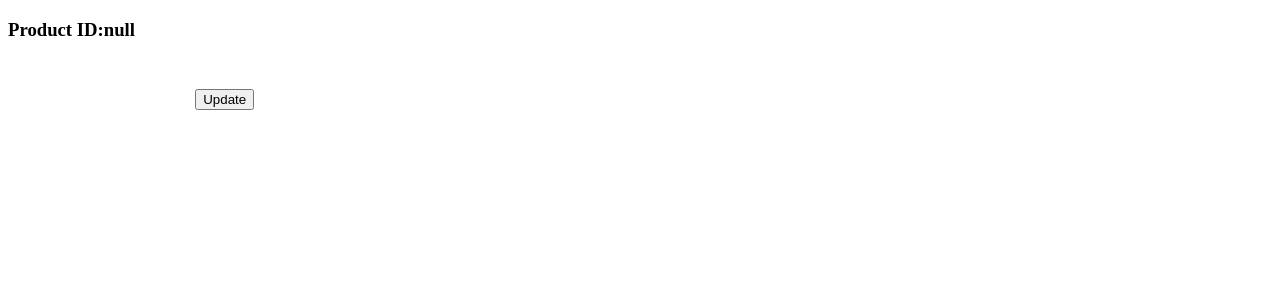
Repository: NidhiDaniel/E-Cart
Page: http://localhost/Online-Shopping-Cart/admin/edit-product.jsp
An editor plug-in stored every save of this project. The page is shown before and after the next save, followed by the edit.
The browser window is 1280 px wide. The pictures show the whole page.
The page is served by Tomcat 9. Queries for data that is not in the repository find no rows.

Above is the page before, as saved 2024-01-06 05:49:11.

After the next save:
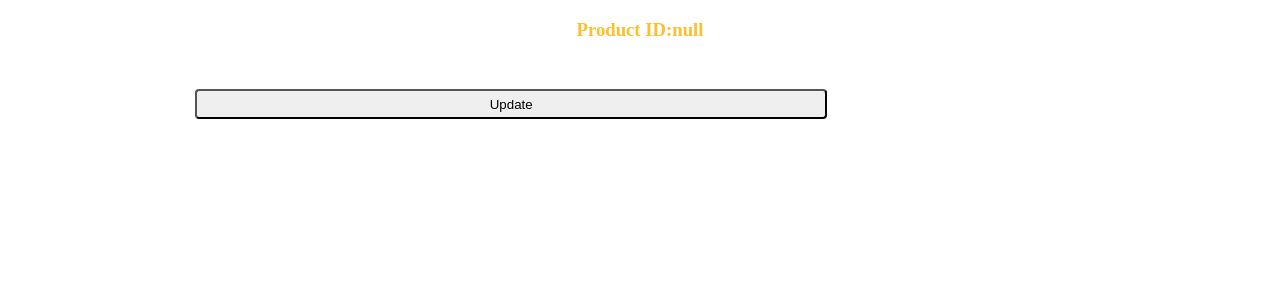
Saved 88 s later.
--- a/Online-Shopping-Cart/src/main/webapp/admin/edit-product.jsp
+++ b/Online-Shopping-Cart/src/main/webapp/admin/edit-product.jsp
@@ -7,6 +7,7 @@
 <head>
 <meta charset="ISO-8859-1">
 <title>Edit Product</title>
+<link rel="stylesheet" type="text/css" href="../css/admin-product.css">
 </head>
 <body>
 	<div class="product-container">
